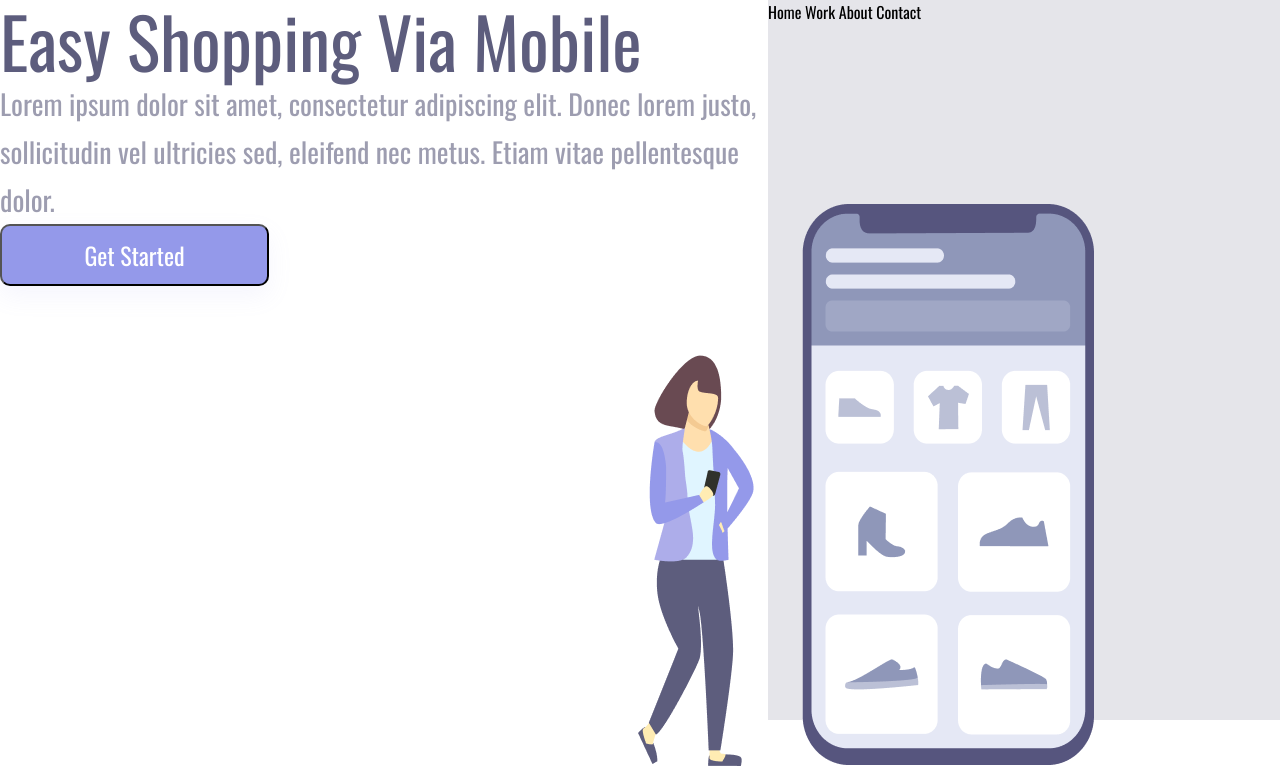
Repository: Leo-Marques-882/Projeto-Git-2
Page: index.html
An editor plug-in stored every save of this project. The page is shown before and after the next save, followed by the edit.
The browser window is 1280 px wide. The pictures show the whole page.

Above is the page before, as saved 2023-03-06 23:42:10.

### index.html
<!DOCTYPE html>
<html lang="pt_br">

<head>
    <meta charset="UTF-8">
    <meta http-equiv="X-UA-Compatible" content="IE=edge">
    <meta name="viewport" content="width=device-width, initial-scale=1.0">
    <link rel="stylesheet" href="styless.css">
    <link rel="preconnect" href="https://fonts.googleapis.com">
    <link rel="preconnect" href="https://fonts.gstatic.com" crossorigin>
    <link href="https://fonts.googleapis.com/css2?family=Oswald&display=swap" rel="stylesheet">

    <title>Projeto 1</title>
</head>

<body>
    <div class="wrapper">
        <section class="container-left">
            <h1>Easy Shopping Via Mobile</h1>
            <p>Lorem ipsum dolor sit amet, consectetur adipiscing
                elit. Donec lorem justo, sollicitudin vel ultricies sed,
                eleifend nec metus. Etiam vitae pellentesque dolor. </p>
            <button>Get Started</button>
        </section>
        <section class="container-right">
            <header>
                <a>Home</a>
                <a>Work</a>
                <a>About</a>
                <a>Contact</a>
            </header>
            <img src="./img/Illustration.png" alt="girl-cellphone">
        </section>
    </div>
</body>

</html>

### styless.css
* {
    margin: 0;
    padding: 0;
    box-sizing: border-box;
    font-family: 'Oswald', sans-serif;
}

.wapper {
    height: 100vh;
    ;
    width: 100vw;
}

.container-left {
    display: inline-block;
    width: 60%;
}

h1 {
    font-weight: 400;
    font-size: 70px;
    line-height: 80px;
    color: #5D5D7D;
}

p {
    font-weight: 400;
    font-size: 28px;
    line-height: 48px;
    color: #5D5D7D;
    opacity: 0.6;
}

button {
    width: 269px;
    height: 62px;
    background: #9499EA;
    box-shadow: 0px 10px 24px rgba(148, 153, 234, 0.0979959);
    font-weight: 400;
    font-size: 24px;
    line-height: 36px;
    text-align: center;
    color: #FFFFFF;
    border-radius: 10px;
}

.container-right {
    display: inline-block;
    background-color: rgba(93, 93, 125, 0.16);
    height: 100vh;
    width: 40%;
    position: absolute;
}

img {
    position: relative;
    top: 25%;
    right: 130px;
}

After the next save:
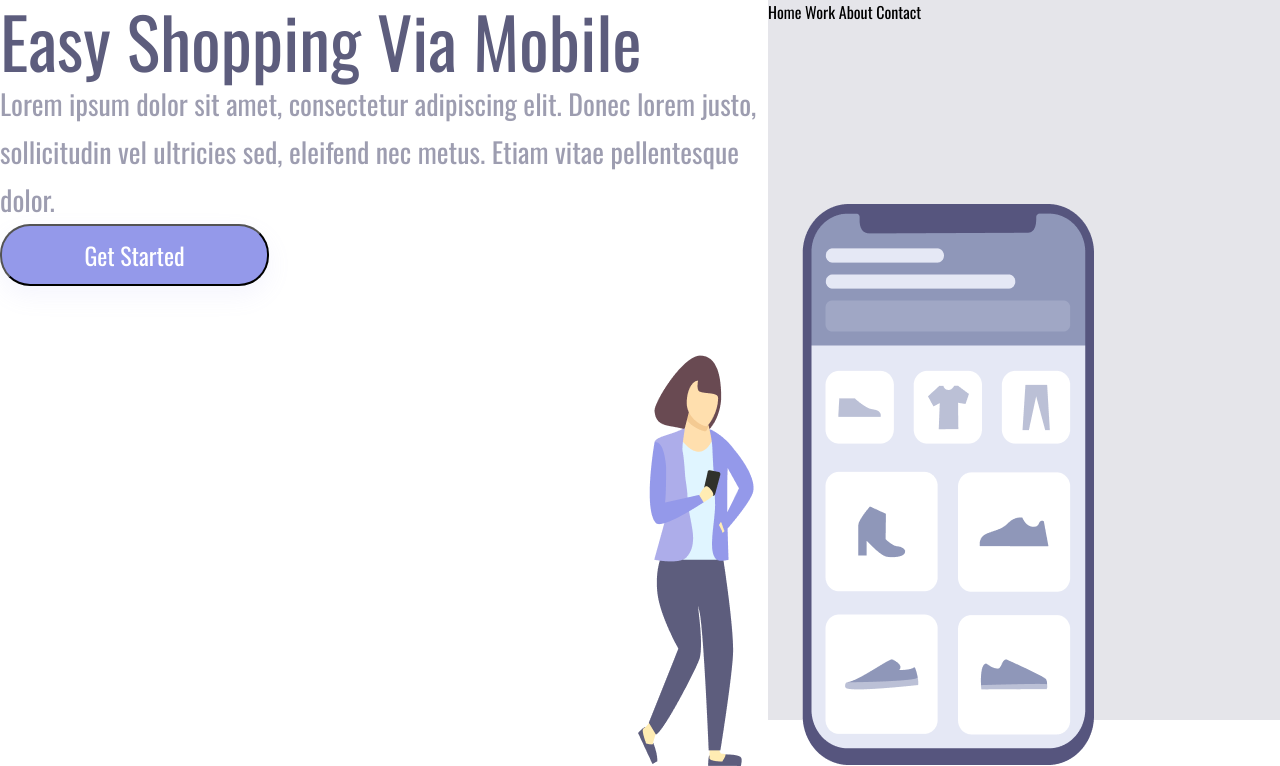
Saved 46 s later.
--- a/styless.css
+++ b/styless.css
@@ -41,7 +41,7 @@
     line-height: 36px;
     text-align: center;
     color: #FFFFFF;
-    border-radius: 10px;
+    border-radius: 30px;
 }
 
 .container-right {
